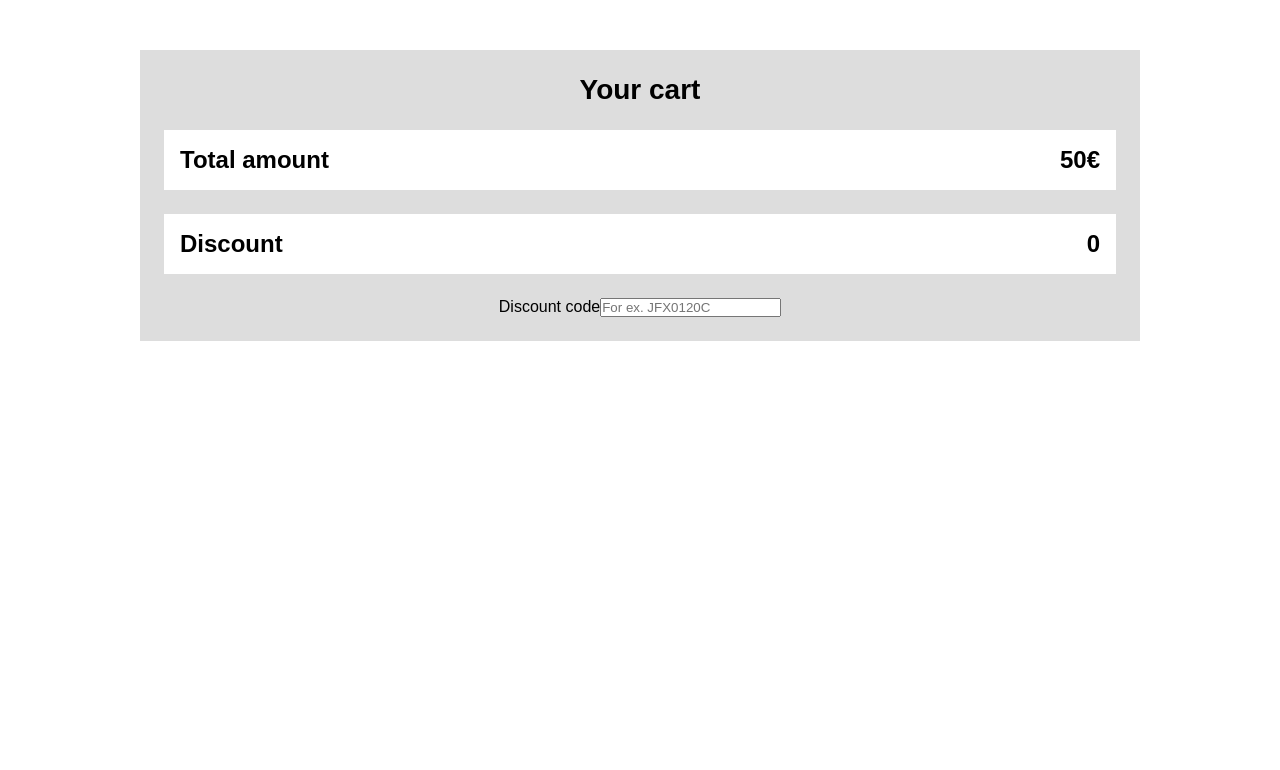
Repository: kcvijay/cart-discoutcodes
Page: /
The author's editor kept a copy of each file at every save. The page is drawn from the files as they stood at one save, then again after the next save.
The browser window is 1280 px wide. The pictures show the whole page.
The project was rebuilt for these pictures with package versions that can differ from the ones it lists, and the page was loaded fresh each time.

Above is the page before, as saved 2023-05-17 11:29:13.

### public/index.html
<!DOCTYPE html>
<html lang="en">
  <head>
    <meta charset="utf-8" />
    <link rel="icon" href="%PUBLIC_URL%/favicon.ico" />
    <meta name="viewport" content="width=device-width, initial-scale=1" />
    <meta name="theme-color" content="#000000" />
    <meta
      name="description"
      content="Discount Codes searching, fetching and enabling for the cart system."
    />
    <link rel="apple-touch-icon" href="%PUBLIC_URL%/logo192.png" />
    <link rel="manifest" href="%PUBLIC_URL%/manifest.json" />
    <title>Discount Codes for Cart</title>
  </head>
  <body>
    <noscript>You need to enable JavaScript to run this app.</noscript>
    <div id="root"></div>

  </body>
</html>

### src/index.css
* {
  margin: 0;
  padding: 0;
  box-sizing: border-box;
  scroll-behavior: smooth;
}

body {
  max-width: 100vw;
  min-height: 100vh;
  font-family: Arial, Helvetica, sans-serif;
}

.main-wrapper {
  max-width: 1000px;
  min-height: auto;
  background-color: #ddd;
  margin: 50px auto;
  padding: 1.5rem;
}

.content-header {
  font-size: 1.75rem;
  margin-bottom: 1.5rem;
}

.detail-block {
  display: flex;
  justify-content: space-between;
  padding: 1rem;
  background: #fff;
  margin-bottom: 1.5rem;
}

### src/App.tsx
import React from "react";
import "./App.css";
import CartInput from "./CartInput";

function App() {
  return (
    <div className="App">
      <CartInput />
    </div>
  );
}

export default App;

### src/CartInput.tsx
import React from "react";

const CartInput = () => {
  return (
    <div className="main-wrapper">
      <h2 className="content-header">Your cart</h2>
      <div className="detail-block">
        <h2>Total amount</h2>
        <h2>{"50€"}</h2>
      </div>
      <div className="detail-block">
        <h2>Discount</h2>
        <h2>{"0"}</h2>
      </div>
      <form>
        <label htmlFor="discountCode">Discount code</label>
        <input
          type="text"
          name="discountCode"
          id="discountCode"
          placeholder="For ex. JFX0120C"
        />
      </form>
    </div>
  );
};

export default CartInput;

Loaded but not shown: src/index.tsx (common file); src/reportWebVitals.ts (common file); src/App.css (common file)

After the next save:
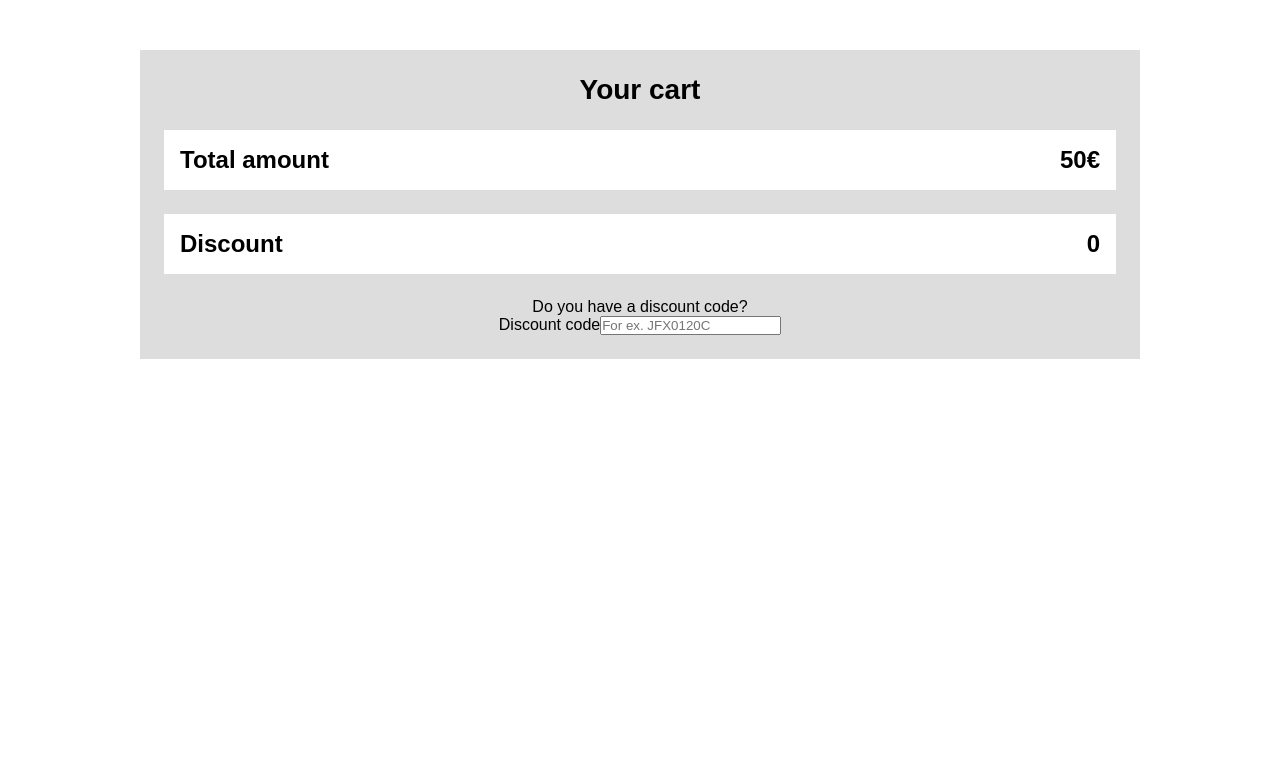
Saved 16 s later.
--- a/src/CartInput.tsx
+++ b/src/CartInput.tsx
@@ -12,6 +12,7 @@ const CartInput = () => {
         <h2>Discount</h2>
         <h2>{"0"}</h2>
       </div>
+      <p>Do you have a discount code?</p>
       <form>
         <label htmlFor="discountCode">Discount code</label>
         <input
